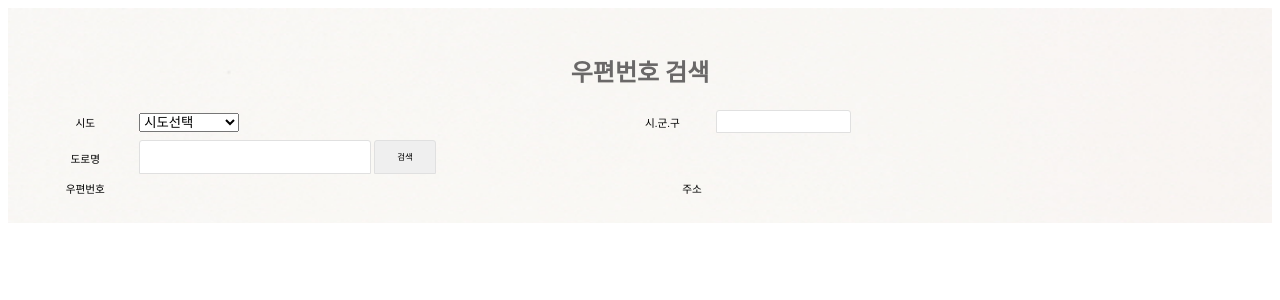
Repository: keepsus/gaebokchi
Page: http://localhost/uzuslime/member/memberCheckPost.jsp
The author's editor kept a copy of each file at every save. The page is drawn from the files as they stood at one save, then again after the next save.
The browser window is 1280 px wide. The pictures show the whole page.
The page is served by Tomcat 9. Nobody is signed in. The application's start-up code is not run. Other server files are loaded and not shown.

Above is the page before, as saved 2021-02-12 11:54:19.

### uzuslime/src/main/webapp/member/memberCheckPost.jsp
<%@ page language="java" contentType="text/html; charset=UTF-8"
    pageEncoding="UTF-8"%>
<%@ taglib prefix="c" uri="http://java.sun.com/jsp/jstl/core" %>

<!DOCTYPE html>
<html>
<head>
<meta charset="UTF-8">
<title>우편번호 검색</title>
<link rel="stylesheet" href="../css/member.css">
  <link rel="stylesheet" href="/slime/css/memberCheckPost.css">
</head>
<body>
<form id="memberCheckPostForm">
<div class="checkPost">
<h2 style="text-align:center; color:rgba(63, 62, 62, 0.774); margin-botton:30px;">우편번호 검색</h2>
<table id="checkPostTable" width="100%" cellpadding="2" cellspacing="0">
<tr>
	<td width="100" align="center">시도</td>
	<td>
		<select name="sido" id="sido" style="width: 100px;">
				<option>시도선택</option>
				<option value="서울">서울</option>
				<option value="인천">인천</option>
				<option value="대전">대전</option>
				<option value="대구">대구</option>
				<option value="울산">울산</option>
				<option value="세종">세종</option>
				<option value="광주">광주</option>
				<option value="경기">경기</option>
				<option value="강원">강원</option>
				<option value="전남">전남</option>
				<option value="전북">전북</option>
				<option value="경남">경남</option>
				<option value="경북">경북</option>
				<option value="충남">충남</option>
				<option value="충북">충북</option>
				<option value="부산">부산</option>
				<option value="제주">제주</option>
			</select>
	</td>
	<td align="center" width="100">시.군.구</td>
	<td><input type="text" name="sigungu" id="sigungu"></td>
</tr>

<tr>
	<td align="center">도로명</td>
	<td colspan="3">
		<input type="text" name="roadname" id="roadname" size="35">
		<input type="button" id="checkPostSearchBtn" value="검색">
	</td>
</tr>

<tr>
	<td align="center">우편번호</td>
	<td colspan="3" align="center">주소</td>

</tr>
<div type="row"></div>
</table>
</div>
</form>
<script type="text/javascript" src="https://code.jquery.com/jquery-3.5.1.min.js"></script>
<script type="text/javascript" src="/slime/js/member.js"></script>
</body>
</html>

### uzuslime/src/main/webapp/css/member.css
@charset "UTF-8";
td {
	font-size: 8pt;
}

#addressA:link {color: black; text-decoration: none;}
#addressA:visited {color: black; text-decoration: none;}
#addressA:hover {color: blue; text-decoration: underline;}
#addressA:active {color: black; text-decoration: none;}

### uzuslime/src/main/webapp/css/memberCheckPost.css
.checkPost {
	padding : 2%;

}



.checkPostSearchBtn{
	border-radius: 3px 3px 0 0;
    border: 1px solid #8393a7;
    background-color: #8393a7;
    font-size: 80%;
    color :white;
    cursor:pointer;
}

input {
	padding: 1% 2%;
    line-height: 1.2;
    border-radius: 3px 3px 0 0;
    border: 1px solid #e0e0e0;
    font-size: 80%;
    margin-bottom: 3px;
}

.checkPost {
	background-image: url("/slime/image/img6_1.jpg");
    background-size:cover;
}

### uzuslime/src/main/webapp/js/member.js
//로그인
$('#loginBtn').click(function(){
	$('#loginIdDiv').empty();
	$('#loginPwdDiv').empty();

	if($('#loginId').val()==''){
		$('#loginIdDiv').text('아이디를 입력')
						.css('color','red')
						.css('font-size','8pt')
						.css('font-weight','bold');

	}else if($('#loginPwd').val()==''){
		$('#loginPwdDiv').text('비밀번호를 입력')
						 .css('color','red')
						 .css('font-size','8pt')
						 .css('font-weight','bold');
	}else{
		$.ajax({
			type : 'post',
			url: '/slime/member/login',
			data: {'member_id': $('#loginId').val(), 'pwpwpw': $('#loginPwd').val()},

			dataType: 'text',
			success: function(data){
				if(data == 'success'){
					location.href = '/slime/index.jsp';

				}else if(data == 'fail'){

					alert('잘못된 정보입니다. 다시 입력해주세요.');
				}
			},//success
			error: function(err){
				console.log(err);
			}//error

		});//ajax
	}//else
});//click

//회원가입
$('#writeBtn').click(function(){
	$('#nameDiv').empty();
	$('#idDiv').empty();
	$('#pwdDiv').empty();
	$('#repwdDiv').empty();
	$('#emailDiv').empty();
	var idReg = /^[A-za-z0-9]/g;
	//아이디 한글못넣게 하는 것
	//[영문 대문자 또는 소문자로 시작하는 아이디, 끝날때 제한 없음]

	//if($('#name').val()==''){ -> 방법 1
	//if($('input[id=member_name]').val()==''){ -> 방법 2
	//id 속성이용은 2가지 방법 모두 가능
	if($('input[id=member_name]').val()==''){
		$('#nameDiv').text('이름을 입력하세요');
		$('#nameDiv').css('color','red');
		$('#nameDiv').css('font-size','8pt');
		$('#nameDiv').css('font-weight','bold');

	}else if($('#member_id').val()==''){	//id 속성이용
		$('#idDiv').text('아이디를 입력하세요');
		$('#idDiv').css('color','red');
		$('#idDiv').css('font-size','8pt');
		$('#idDiv').css('font-weight','bold');

	}else if( !idReg.test( $("input[id=member_id]").val() ) ){
		$('#idDiv').text('아이디는 영문자로 시작하는 6~20자 영문자 또는 숫자이어야 합니다.');
		$('#idDiv').css('color','red');
		$('#idDiv').css('font-size','8pt');
		$('#idDiv').css('font-weight','bold');

	}else if($('input[name=member_pw]').val()==''){
		$('#pwdDiv').text('비밀번호를 입력하세요')
		$('#pwdDiv').css('color','red')
		$('#pwdDiv').css('font-size','8pt')
		$('#pwdDiv').css('font-weight','bold');

	}else if($('input[name=repw]').val() != $('input[name=member_pw]').val()){
		$('#repwdDiv').text('비밀번호가 맞지 않습니다')
		$('#repwdDiv').css('color','red')
		$('#repwdDiv').css('font-size','8pt')
		$('#repwdDiv').css('font-weight','bold');

	}else if($('#member_id').val() != $('#check').val()){
		$('#idDiv').text('중복체크 하세요')
		$('#idDiv').css('color','red')
		$('#idDiv').css('font-size','8pt')
		$('#idDiv').css('font-weight','bold');

	}else if($('input[name=email1]').val()==''||$('input[name=email2]').val()==''){
		$('#emailDiv').text('이메일을 입력하세요')
		$('#emailDiv').css('color','red')
		$('#emailDiv').css('font-size','8pt')
		$('#emailDiv').css('font-weight','bold');

	}else{
		$('form[name=memberWriteForm]').submit();
	}
});

//중복 아이디 체크
$('#member_id').focusout(function(){
	if($('#member_id').val()==''){
		$('#idDiv').text('먼저 아이디를 입력하세요')
		$('#idDiv').css('color','magenta')
		$('#idDiv').css('font-size','8pt')
		$('#idDiv').css('font-weight','bold');

	}else{
		$.ajax({
			type: 'post',
			url: '/slime/member/checkId',
			data: 'member_id='+$('#member_id').val(),
			dataType: 'text',
			success: function(data){
				if(data == 'exist'){
					$('#idDiv').text('사용 불가능')
					$('#idDiv').css('color','magenta')
					$('#idDiv').css('font-size','8pt')
					$('#idDiv').css('font-weight','bold');

				}else if(data == 'non_exist'){
					$('#check').val($('#member_id').val());

					$('#idDiv').text('사용 가능')
					$('#idDiv').css('color','blue')
					$('#idDiv').css('font-size','8pt')
					$('#idDiv').css('font-weight','bold');
				}
			}
		});
	}
});

//우편번호
$('#checkPostBtn').click(function(){
	window.open("/slime/member/memberCheckPost", "zipcode", "width=700 height=500 scrollbars=yes");
});

$('#checkPostSearchBtn').click(function(){
	$.ajax({
		type: 'post',
		url: '/slime/member/checkPostSearch',
		data: $('#memberCheckPostForm').serialize(),	//serialize : '변수=값&변수=값'
		dataType: 'json',
		success: function(data){
			//alert(JSON.stringify(data));

			$('#checkPostTable tr:gt(2)').remove();

			$.each(data.list, function(index, items){
				var address = items.sido+' '
							+ items.sigungu+' '
							+ items.yubmyundong+' '
							+ items.ri+' '
							+ items.roadname+' '
							+ items.buildingname;

				address = address.replace(/null/g, '');

				$('<tr/>').append($('<td/>',{
					align: 'center',
					text: items.zipcode

				})).append($('<td/>',{
					colspan: '3',
					}).append($('<a/>',{
						href: '#',
						id: 'addressA',
						text: address
					}))
				).appendTo($('#checkPostTable'));
			});//each

			$('a').click(function(){
				//alert($(this).prop('tagName'));
				//alert($(this).parent().prev().text());

				$('#postcode', opener.document).val($(this).parent().prev().text());
				$('#address', opener.document).val($(this).text());
				$('#detailAddress', opener.document).focus();
				window.close();
			});
		},
		error: function(err){
			console.log(err);
		}
	});
});

//회원정보수정
$('#modifyBtn').click(function(){
	$('#nameDiv').empty();
	$('#pwdDiv').empty();
	$('#repwdDiv').empty();

	if($('#member_name').val()==''){
		$('#nameDiv').text('이름을 입력하세요');
		$('#nameDiv').css('color','red');
		$('#nameDiv').css('font-size','8pt');
		$('#nameDiv').css('font-weight','bold');

	}else if($('input[name=member_pw]').val()==''){
		$('#pwdDiv').text('비밀번호를 입력하세요')
		$('#pwdDiv').css('color','red')
		$('#pwdDiv').css('font-size','8pt')
		$('#pwdDiv').css('font-weight','bold');

	}else if($('input[name=repw]').val() != $('input[name=member_pw]').val()){
		$('#repwdDiv').text('비밀번호가 맞지 않습니다')
		$('#repwdDiv').css('color','red')
		$('#repwdDiv').css('font-size','8pt')
		$('#repwdDiv').css('font-weight','bold');

	}else{
		$.ajax({
			type: 'post',
			url: '/slime/member/modify',
			data: $('#memberModifyForm').serialize(),	//serialize : '변수=값&변수=값'
			success: function(){
				alert('회원정보수정 완료');
				location.href='/slime/mypage/myPageOrder.jsp';
			},
			error: function(err){
				console.log(err);
			}
		});
	}
});

//아이디 찾기
$('#searchBtn').click(function(){
	$.ajax({
		type: 'post',
		url: '/slime/member/memberIdSearch',
		data: $('#memberSearch').serialize(),
		dataType: 'text',
		success: function(data){
			alert("회원님의 ID는 "+data+" 입니다");
			location.href='/slime/index.jsp';
		},
		error: function(err){
			alert("틀린 정보입니다. 다시 확인해주세요.")
			console.log(err);
		}
	});
});


//이메일 인증 보내기
$('#emailBtn').click(function(){
	$('#emailDiv').empty();
	if($('input[name=email1]').val()==''||$('input[name=email2]').val()==''){
		$('#emailDiv').text('이메일을 입력하세요');
		$('#emailDiv').css('color','red');
		$('#emailDiv').css('font-size','8pt');
		$('#emailDiv').css('font-weight','bold');

	}else{
		$.ajax({
			type: 'post',
			url: '/slime/member/sendEmail',
			data: 'e_mail='+$('#email1').val()+'@'+$('#email2').val(),
			dataType: 'json',
			success: function(data){
				$('#emailDiv').text('이메일이 발송되었습니다. 인증번호를 입력헤주세요');
				$('#emailDiv').css('color','red');
				$('#emailDiv').css('font-size','8pt');
				$('#emailDiv').css('font-weight','bold');
				console.log('이메일 data ='+ JSON.stringify(data));//data가 들어오는것인가?이상한게 찍힌다.
				$('#checkEmailR').val(data.dice);//받은 인증번호를 jsp에 있는 hidden 속성에 넣어주기
			},
			error: function(err){
				console.log(err);
			}
		});
	}

});


//이메일 인증번호 확인
$('#emailCheckBtn').click(function(){
	$('#emailDiv').empty();

	if($('input[id=checkEmail]').val()==''){
		$('#emailDiv').text('이메일 인증번호를 입력해주세요 ')
		$('#emailDiv').css('color','magenta')
		$('#emailDiv').css('font-size','8pt')
		$('#emailDiv').css('font-weight','bold');

	}else{
		if
		(document.getElementById('checkEmail').value == document.getElementById('checkEmailR').value){
			$('#emailDiv').text('인증되었습니다.')
			$('#emailDiv').css('color','magenta')
			$('#emailDiv').css('font-size','8pt')
			$('#emailDiv').css('font-weight','bold');
		}else if
		(document.getElementById('checkEmail').value != document.getElementById('checkEmailR').value){
			$('#emailDiv').text('인증번호가 맞지 않습니다.')
			$('#emailDiv').css('color','magenta')
			$('#emailDiv').css('font-size','8pt')
			$('#emailDiv').css('font-weight','bold');
		}
	}

});

After the next save:
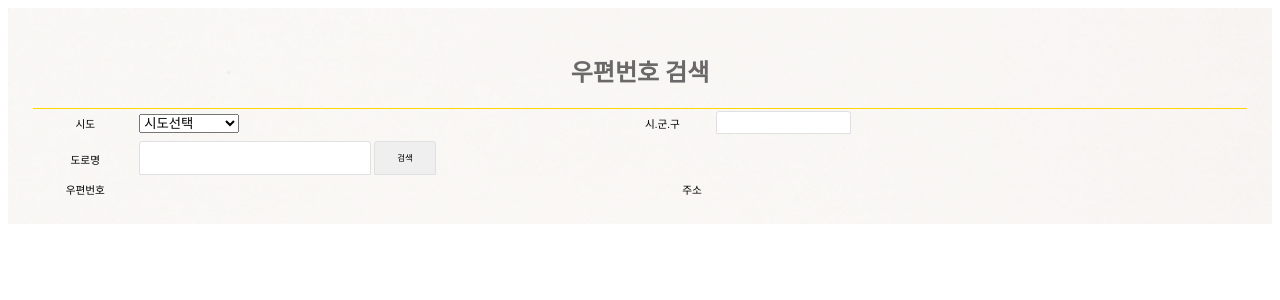
Saved 82 s later.
--- a/uzuslime/src/main/webapp/member/memberCheckPost.jsp
+++ b/uzuslime/src/main/webapp/member/memberCheckPost.jsp
@@ -56,7 +56,7 @@
 	<td colspan="3" align="center">주소</td>
 
 </tr>
-<div type="row"></div>
+<div style="height: auto; width: 100%; border-bottom:1px solid gold;">
 </table>
 </div>
 </form>
